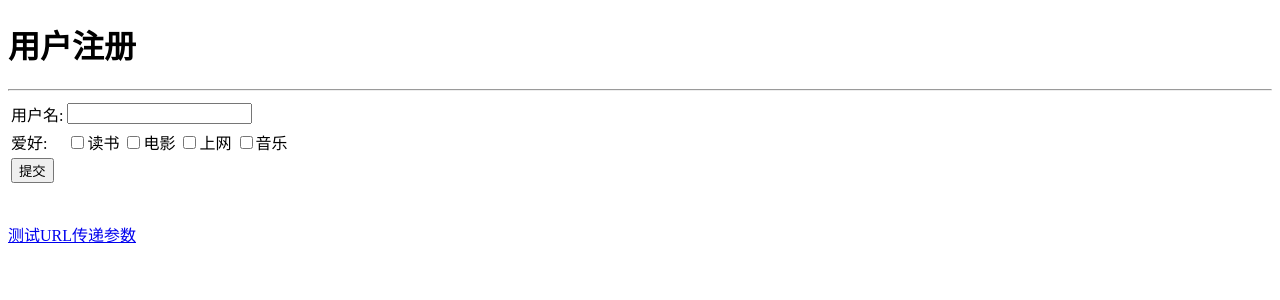
Repository: LauJoeng/JavaEE
Page: http://localhost/JspBaseElementDemo/reg.jsp
An editor plug-in stored every save of this project. The page is shown before and after the next save, followed by the edit.
The browser window is 1280 px wide. The pictures show the whole page.
The page is served by Tomcat 9.

Above is the page before, as saved 2017-11-19 10:11:42.

After the next save:
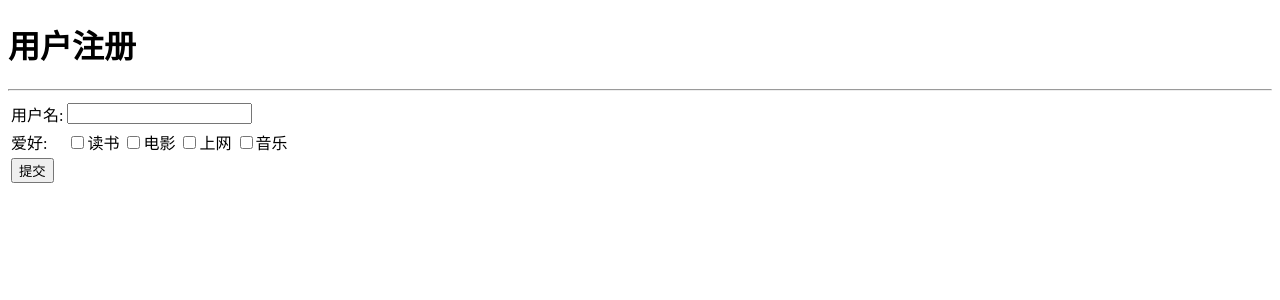
Saved 49 s later.
--- a/JspBaseElementDemo/WebContent/reg.jsp
+++ b/JspBaseElementDemo/WebContent/reg.jsp
@@ -31,6 +31,6 @@
 	</form>
 	<br>
 	<br>
-	<a href="request.jsp?username="张三">测试URL传递参数</a>
+	<a href="request.jsp?username=张三>测试URL传递参数</a>
 </body>
 </html>

After the save that followed:
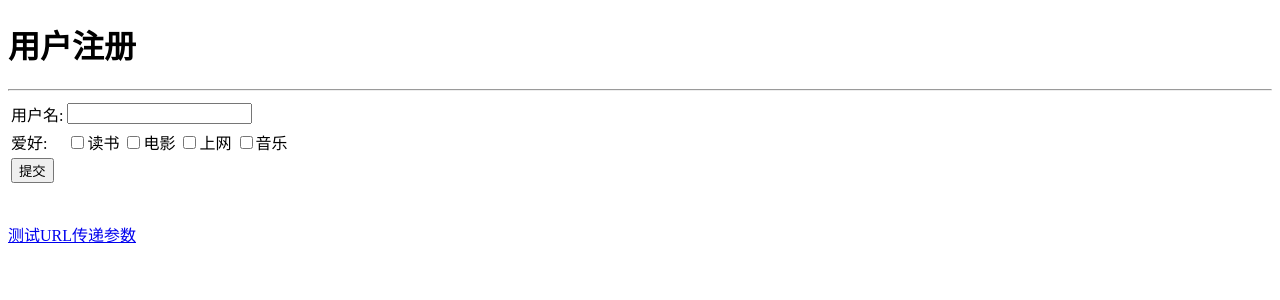
Saved 26 s later.
--- a/JspBaseElementDemo/WebContent/reg.jsp
+++ b/JspBaseElementDemo/WebContent/reg.jsp
@@ -31,6 +31,6 @@
 	</form>
 	<br>
 	<br>
-	<a href="request.jsp?username=张三>测试URL传递参数</a>
+	<a href="request.jsp?username=张三">测试URL传递参数</a>
 </body>
 </html>
